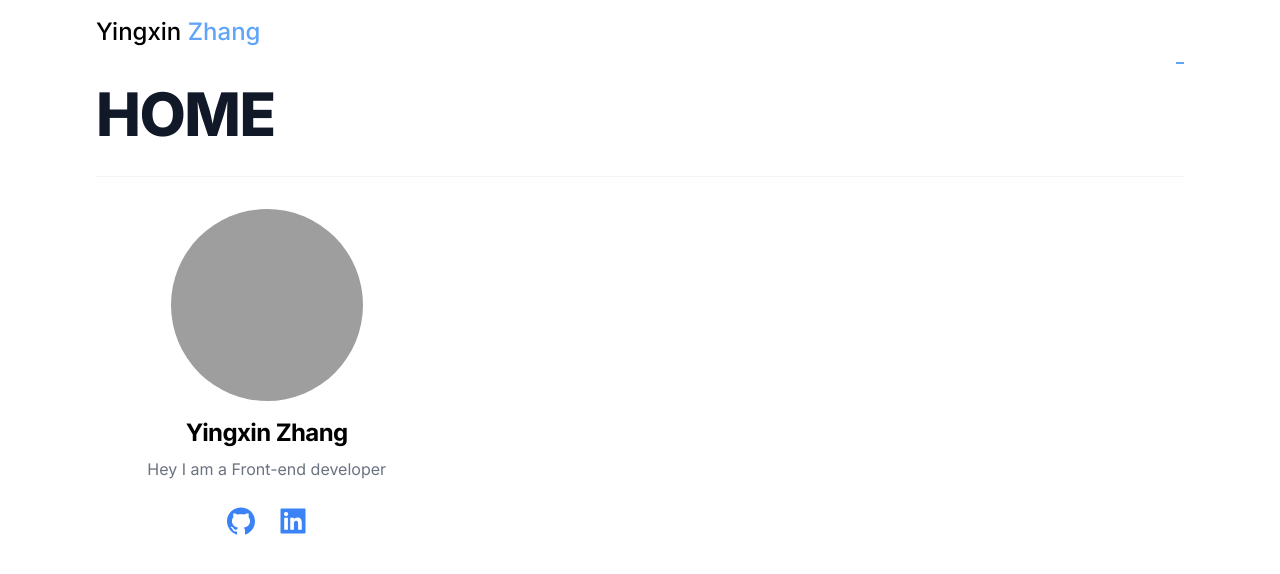
Repository: Tracy-maker/projects_collection
Page: /
An editor plug-in stored every save of this project. The page is shown before and after a run of saves, followed by the edit.
The browser window is 1280 px wide. The pictures show the whole page.
Pictures or frames that could not be fetched are drawn as grey boxes. The project was rebuilt for these pictures with package versions that can differ from the ones it lists, and the page was loaded fresh each time. The framework's server and built-in components were replaced by stand-ins that run in the browser. Also part of the build but not shown: next.config.js.

Above is the page before, as saved 2023-09-14 18:32:46.

### app/layout.tsx
import "./globals.css";
import type { Metadata } from "next";
import { Inter } from "next/font/google";
import Navbar from "./components/NavBar";

const inter = Inter({ subsets: ["latin"] });

export const metadata: Metadata = {
  title: "Create Next App",
  description: "Generated by create next app",
};

export default function RootLayout({
  children,
}: {
  children: React.ReactNode;
}) {
  return (
    <html lang="en">
      <body
        className={`${inter.className} bg-white text-black dark:bg-[#090908] dark:text-white h-full selection:bg-gray-500 dark:selection:bg-gray-800`}
      >
        <Navbar />
        <main className="max-w-6xl mx-auto px-6 sm:px-8 lg:px-8">
          {children}
        </main>
      </body>
    </html>
  );
}

### app/page.tsx
import Image from "next/image";
import myImage from "../utils/1.JPG";

export default function Home() {
  return (
    <div className="divide-y divide-gray-100 dark:divide-gray-700">
      <div className="space-y-2 pt-5 pb-8 md:space-x-5">
        <h1 className="text-3xl font-extrabold leading-9 tracking-tight text-gray-900 dark:text-gray-100 sm:text-4xl sm:leading-10 md:text-6xl md:leading-13">
          HOME
        </h1>
      </div>
      <div className="items-center space-y-2 xl:grid xl:grid-cols-3 xl:gap-x-8 xl:space-y-0">
        <div className="flex flex-col items-center pt-8">
          <Image
            alt="picture of my"
            src={myImage}
            width={1260}
            height={750}
            className="h-48 w-48 rounded-full object-cover object-top"
          />
          <h3 className="pt-4 pb-2 text-2xl font-bold leading-8 tracking-tight">
            Yingxin Zhang
          </h3>
          <p className="text-gray-500 dark:text-gray-300 text-center">
            Hey I am a Front-end developer
          </p>
          <div className="flex space-x-5 pt-6">
            <a href="" target="_blank">
              <svg
                viewBox="0 0 1024 1024"
                fill="currentColor"
                className="w-8 h-8 text-blue-500"
              >
                <path d="M511.6 76.3C264.3 76.2 64 276.4 64 523.5 64 718.9 189.3 885 363.8 946c23.5 5.9 19.9-10.8 19.9-22.2v-77.5c-135.7 15.9-141.2-73.9-150.3-88.9C215 726 171.5 718 184.5 703c30.9-15.9 62.4 4 98.9 57.9 26.4 39.1 77.9 32.5 104 26 5.7-23.5 17.9-44.5 34.7-60.8-140.6-25.2-199.2-111-199.2-213 0-49.5 16.3-95 48.3-131.7-20.4-60.5 1.9-112.3 4.9-120 58.1-5.2 118.5 41.6 123.2 45.3 33-8.9 70.7-13.6 112.9-13.6 42.4 0 80.2 4.9 113.5 13.9 11.3-8.6 67.3-48.8 121.3-43.9 2.9 7.7 24.7 58.3 5.5 118 32.4 36.8 48.9 82.7 48.9 132.3 0 102.2-59 188.1-200 212.9a127.5 127.5 0 0138.1 91v112.5c.8 9 0 17.9 15 17.9 177.1-59.7 304.6-227 304.6-424.1 0-247.2-200.4-447.3-447.5-447.3z" />
              </svg>
            </a>
            <a href="" target="_blank">
              <svg viewBox="0 0 1024 1024" fill="currentColor"  className="w-8 h-8 text-blue-500">
                <path d="M880 112H144c-17.7 0-32 14.3-32 32v736c0 17.7 14.3 32 32 32h736c17.7 0 32-14.3 32-32V144c0-17.7-14.3-32-32-32zM349.3 793.7H230.6V411.9h118.7v381.8zm-59.3-434a68.8 68.8 0 1168.8-68.8c-.1 38-30.9 68.8-68.8 68.8zm503.7 434H675.1V608c0-44.3-.8-101.2-61.7-101.2-61.7 0-71.2 48.2-71.2 98v188.9H423.7V411.9h113.8v52.2h1.6c15.8-30 54.5-61.7 112.3-61.7 120.2 0 142.3 79.1 142.3 181.9v209.4z" />
              </svg>
            </a>
          </div>
        </div>
      </div>
    </div>
  );
}

### app/components/NavBar.tsx
"use client";

import Link from "next/link";
import { usePathname } from "next/navigation";

export default function Navbar() {
  let pathname = usePathname() || "/";
  return (
    <div className="max-w-6xl mx-auto px-4 sm:px-6 lg:px-8">
      <div className="flex justify-between h-16">
        <div className="flex justify-between w-full">
          <div className="flex items-center">
            <Link href="/">
              <h1 className="text-2xl font-medium">
                Yingxin <span className="text-blue-400">Zhang</span>
              </h1>
            </Link>
          </div>

          <div className="hidden sm:ml-6 sm:flex sm:space-x-8 sm:items-center">
            <Link
              href="/"
              prefetch
              className={`${
                pathname === "/"
                  ? "border-blue-400 dark:text-white h-full inline-flex items-center px-1 pt-1 border-b-2 text-sm font-medium"
                  : "border-transparent text-gray-500 dark:text-gray-300 dark:hover:text-white inline-flex items-center px-1 pt-1 border-b-2 text-sm font-medium"
              }`}
            ></Link>
          </div>
        </div>
      </div>
    </div>
  );
}

Loaded but not shown: app/globals.css (common file); tailwind.config.ts (common file)

After the next 2 saves:
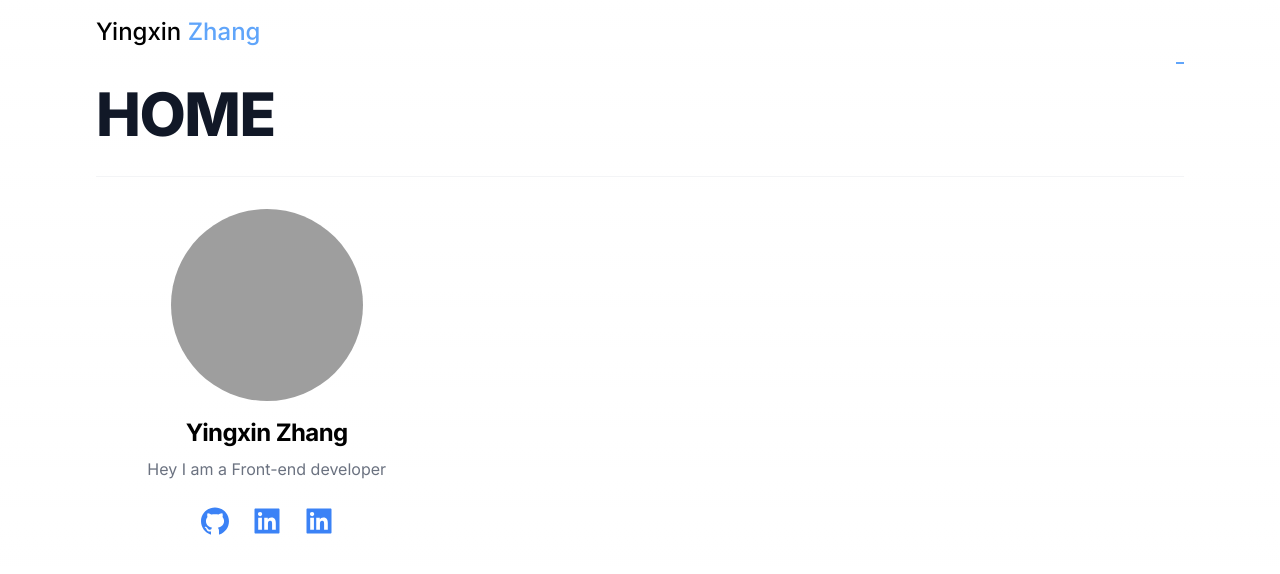
The 2 saves are shown as one change because they came seconds apart.
The last was saved 63 s later.
--- a/app/page.tsx
+++ b/app/page.tsx
@@ -35,9 +35,25 @@ export default function Home() {
               </svg>
             </a>
             <a href="" target="_blank">
-              <svg viewBox="0 0 1024 1024" fill="currentColor"  className="w-8 h-8 text-blue-500">
+              <svg
+                viewBox="0 0 1024 1024"
+                fill="currentColor"
+                className="w-8 h-8 text-blue-500"
+              >
                 <path d="M880 112H144c-17.7 0-32 14.3-32 32v736c0 17.7 14.3 32 32 32h736c17.7 0 32-14.3 32-32V144c0-17.7-14.3-32-32-32zM349.3 793.7H230.6V411.9h118.7v381.8zm-59.3-434a68.8 68.8 0 1168.8-68.8c-.1 38-30.9 68.8-68.8 68.8zm503.7 434H675.1V608c0-44.3-.8-101.2-61.7-101.2-61.7 0-71.2 48.2-71.2 98v188.9H423.7V411.9h113.8v52.2h1.6c15.8-30 54.5-61.7 112.3-61.7 120.2 0 142.3 79.1 142.3 181.9v209.4z" />
               </svg>
+            </a>
+
+            <a href="" target="_blank">
+              <a href="" target="_blank">
+                <svg
+                  viewBox="0 0 1024 1024"
+                  fill="currentColor"
+                  className="w-8 h-8 text-blue-500"
+                >
+                  <path d="M880 112H144c-17.7 0-32 14.3-32 32v736c0 17.7 14.3 32 32 32h736c17.7 0 32-14.3 32-32V144c0-17.7-14.3-32-32-32zM349.3 793.7H230.6V411.9h118.7v381.8zm-59.3-434a68.8 68.8 0 1168.8-68.8c-.1 38-30.9 68.8-68.8 68.8zm503.7 434H675.1V608c0-44.3-.8-101.2-61.7-101.2-61.7 0-71.2 48.2-71.2 98v188.9H423.7V411.9h113.8v52.2h1.6c15.8-30 54.5-61.7 112.3-61.7 120.2 0 142.3 79.1 142.3 181.9v209.4z" />
+                </svg>
+              </a>
             </a>
           </div>
         </div>
